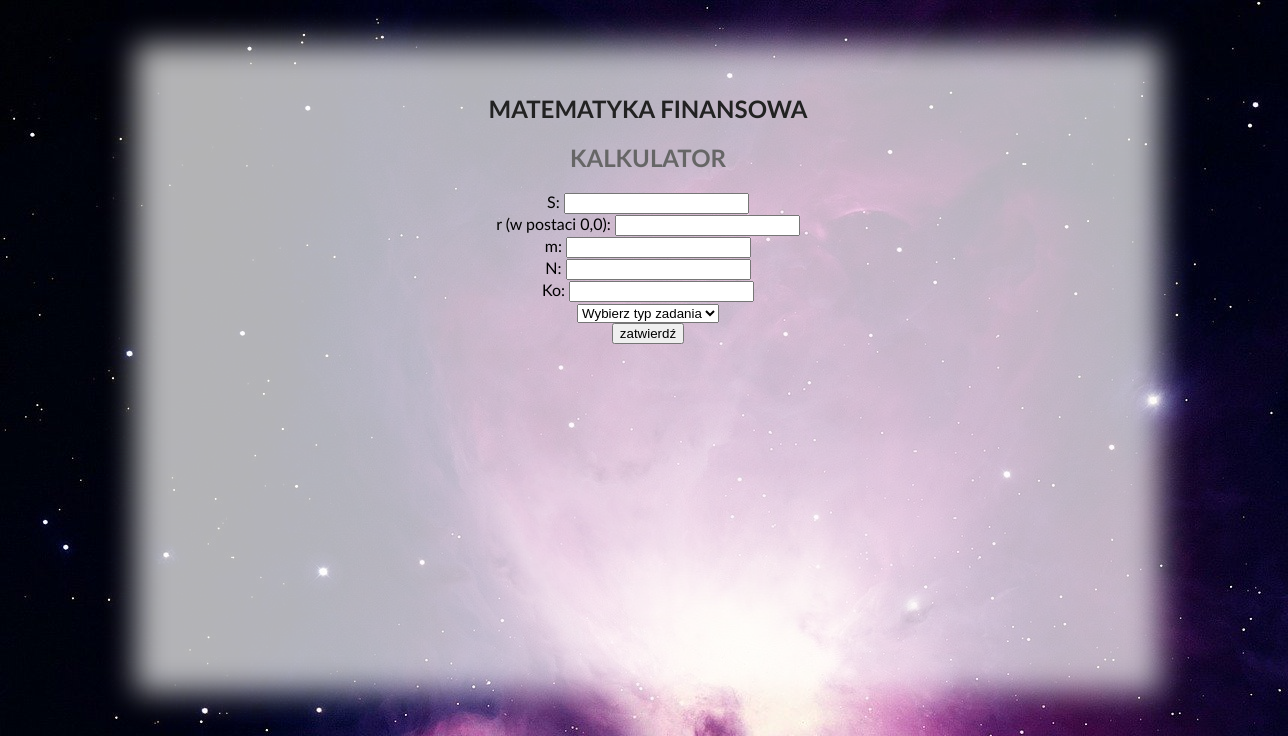
Repository: ravkita/MFCalc
Page: index.html
The author's editor kept a copy of each file at every save. The page is drawn from the files as they stood at one save, then again after the next save.
The browser window is 1280 px wide. The page is 1288 px wide, so the pictures cover 1288 px, including what lies to the right of the window. The pictures show the whole page.

Above is the page before, as saved 2021-04-12 19:33:03.

### index.html
<!DOCTYPE html>
<html lang="en">
<head>
    <meta charset="UTF-8">
    <meta http-equiv="X-UA-Compatible" content="IE=edge">
    <meta name="viewport" content="width=device-width, initial-scale=1.0">
    <title>Kalkulator</title>

    <style type="text/css">
        body{
            font-family: 'Gill Sans', 'Gill Sans MT', Calibri, 'Trebuchet MS', sans-serif;
            background-image: url('bg.jpg');
            width: 100vw;
            height: 100vh;
            overflow: hidden;
            display: flex;
            justify-content: center;
            align-items: center;
        }
        .popout{
            width: 80%;
            height: 90vh;
            position: relative;
        }
        .popout .bg{
            width: 100%;
            height: 100%;
            background: rgba(255, 255, 255, 0.7);
            filter: blur(15px);
            position: absolute;
            top: 0;
            left: 0;
            z-index: -1;
        }
        .header{
            width: 100%;
            display: flex;
            flex-direction: column;
            justify-content: center;
            align-items: center;
        }
        .title{
            color: #222;
            margin-top: 50px;
            margin-bottom: 10px;
        }
        .subtitle{
            margin-top: 10px;
            color: #666666;
        }

        #form{
            display: flex;
            flex-direction: column;
            justify-content: center;
            align-items: center;
        }
    </style>
</head>
<body>
    <section class="popout">
        <div class="bg"></div>
        <header class="header">
            <h1 class="title">MATEMATYKA FINANSOWA</h1>
        <h2 class="subtitle">KALKULATOR</h2>
        </header>
        <form action="" id="form">
            <div class="formItem"><label for="S">S:</label> <input type="number" name="S" class="s"></div>
            <div class="formItem"><label for="r">r (w postaci 0,0):</label> <input type="number" name="r" class="r"></div>
            <div class="formItem"><label for="m">m:</label> <input type="number" name="m" class="m"></div>
            <div class="formItem"><label for="N">N:</label> <input type="number" name="N" class="N"></div>
            <div class="formItem"><label for="Ko">Ko:</label> <input type="number" name="Ko" class="Ko"></div>
            <div class="formItem">
                <select name="type" id="typ">
                <option default>Wybierz typ zadania</option>
                <option value="1">zmienna rata</option>
                <option value="2">zmienne płatności</option>
                <option value="3">narastanie kapitału</option>
            </select>
        </div>
            <input type="button" name="confirm" id="confirm" value="zatwierdź">
        </form>
        <div class="result">

        </div>
    </section>
    <script type="text/javascript">
        let s;
        let r;
        let m;
        let N;
        let q;
        let a;
        let Ko;
        let Sn = [];

        // RATY


        function rataStała(){
            const el = document.createElement("p");
            let t = s/(m*N);
            el.innerText = `T: ${t}`;
            document.querySelector('.result').appendChild(el);
        }
        function rataZmienna(){
            let tn = [];
            let sumaTn = 0;
                for(let i = 1; i<=N*m; i++){
                    const el = document.createElement("p");
                    tn[i-1] = s*((Math.pow(q, i) - Math.pow(q, i-1))/(Math.pow(q, m*N) - 1));
                    sumaTn += tn[i-1];
                    el.innerText = `T${i}: ${tn[i-1]}`;
                    document.querySelector('.result').appendChild(el);
                }
                const suma = document.createElement("p");
            suma.innerText = `Suma rat: ${sumaTn}`;
            document.querySelector('.result').appendChild(suma);
        }

        //KWOTA PŁATNOŚCI

        function kwotaPlatnosciStala(){
            const el = document.createElement("p");
            a = s*Math.pow(q, m*N)*((q-1)/(Math.pow(q, m*N)-1));
            el.innerText = `A: ${a}`;
            document.querySelector('.result').appendChild(el);
        }
        function kwotaPlatnosciZmienna(){
            for(let i = 1; i<=N*m; i++){
                const el = document.createElement("p");
                let an = (s/(N*m))*[1+((N*m)-i+1)*(r/m)];
                el.innerText = `A${i}: ${an}`;
                document.querySelector('.result').appendChild(el);
            }
        }

        // ODSETKI
        function odsetkiPrzyStalejRacie(){
            let sumaOs = 0;
            for(let i = 1; i<=N*m; i++){
                const el = document.createElement("p");
                let On = s*[1-((i-1)/(N*m))]*(r/m);
                sumaOs += On;
                el.innerText = `O${i}: ${On}`;
                document.querySelector('.result').appendChild(el);
            }
            const suma = document.createElement("p");
            suma.innerText = `Suma odsetek: ${sumaOs}`;
            document.querySelector('.result').appendChild(suma);
        }

        function odsetkiPrzyStalejKwocie(){
            saldoPrzyStałejKwocie();
            let On
            let sumaO = 0;
            for(let i = 1; i<=N*m; i++){
                const el = document.createElement("p");
                if(i === 1){
                     On = s*(r/m);
                     sumaO += On;
                }else{
                     On = Sn[i-2]*(r/m);
                     sumaO += On;
                }

                el.innerText = `O${i}: ${On}`;
                document.querySelector('.result').appendChild(el);
            }
            const suma = document.createElement("p");
            suma.innerText = `Suma odsetek: ${sumaO}`;
            document.querySelector('.result').appendChild(suma);
        }


        //SALDO
        function saldoPrzyStałejKwocie(){
            kwotaPlatnosciStala();
            for(let i = 1; i<=N*m; i++){
                const el = document.createElement("p");
                Sn[i-1] = s*(Math.pow((1+(r/m)), i)) - a*((Math.pow((1+(r/m)), i)-1)/((1+(r/m))-1));
                el.innerText = `S${i}: ${Sn[i-1]}`;
                document.querySelector('.result').appendChild(el);
            }
        }

        function saldoPrzyStałejRacie(){
            for(let i = 1; i<=N*m; i++){
                const el = document.createElement("p");
                let SnS = s*(1-(i/(N*m)));
                el.innerText = `S${i}: ${SnS}`;
                document.querySelector('.result').appendChild(el);
            }
        }


        //NARASTANIE KAPITAŁU

        function narastanieKapitału(){
            for(let i = 1; i<=N; i++){
                const el = document.createElement("p");
                let Kn = Ko*(Math.pow((1+(r/m)), i*m));
                el.innerText = `K${i}: ${Kn}`;
                document.querySelector('.result').appendChild(el);
            }
        }



        function getData(){
            document.getElementById('confirm').addEventListener('click', (e) =>{
                s = document.querySelector('.s').value;
                r = document.querySelector('.r').value;
                m = document.querySelector('.m').value;
                N = document.querySelector('.N').value;
                Ko = document.querySelector('.Ko').value;
                q = 1+(r/m);
                let type = document.querySelector('#typ').value;
                document.querySelector('.result').innerHTML="";

                switch (type){
                    case "1":
                    rataZmienna();
                    kwotaPlatnosciStala();
                    odsetkiPrzyStalejKwocie()
                    break;
                    case "2":
                    rataStała();
                    kwotaPlatnosciZmienna();
                    odsetkiPrzyStalejRacie();
                    saldoPrzyStałejRacie();
                    break;
                    case "3":
                    narastanieKapitału();
                }
            });
        }
        getData();
    </script>
</body>
</html>

After the next save:
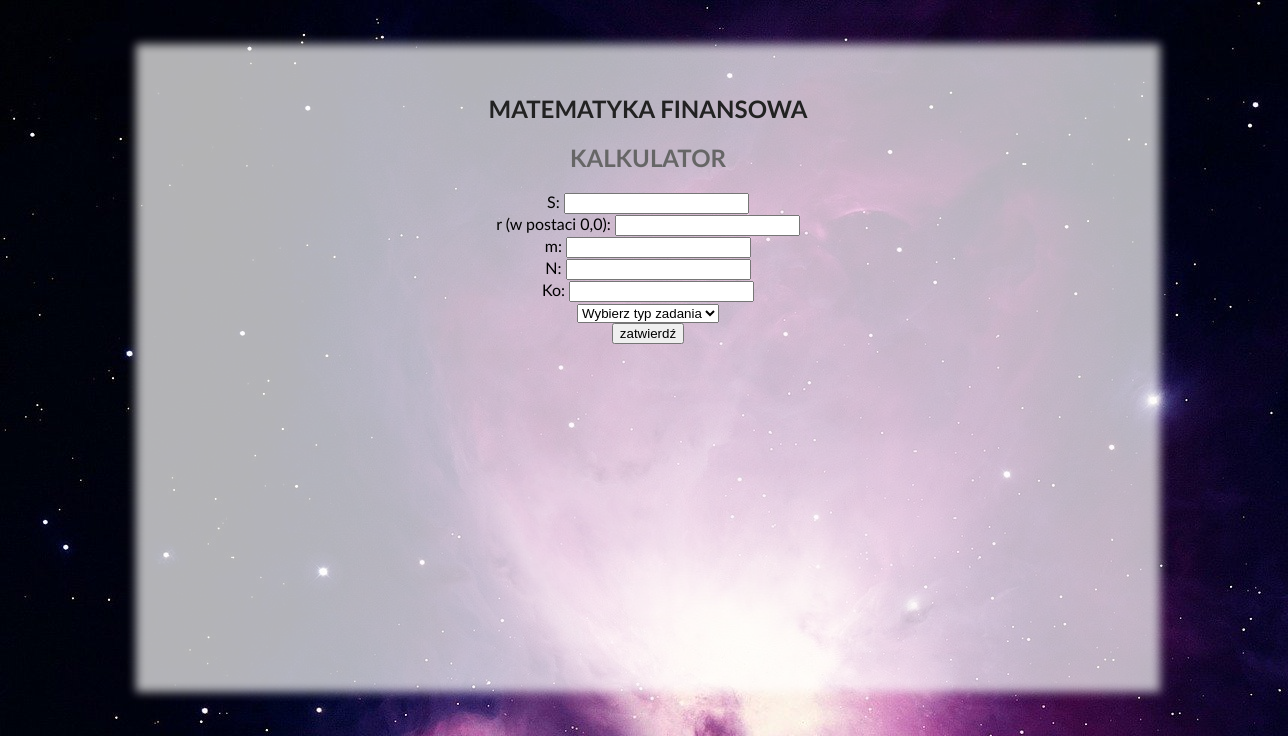
Saved 11 s later.
--- a/index.html
+++ b/index.html
@@ -26,7 +26,7 @@
             width: 100%;
             height: 100%;
             background: rgba(255, 255, 255, 0.7);
-            filter: blur(15px);
+            filter: blur(5px);
             position: absolute;
             top: 0;
             left: 0;
